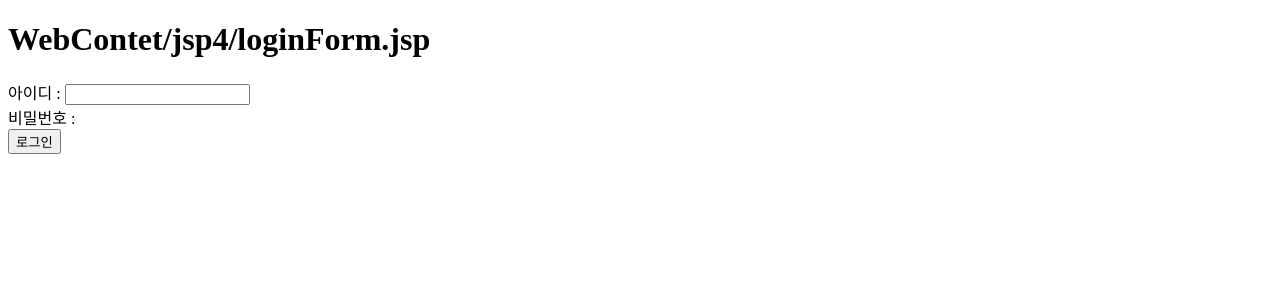
Repository: ReadStar/workspace_jsp
Page: http://localhost/StudyJSP/jsp4/loginForm.jsp
An editor plug-in stored every save of this project. The page is shown before and after the next save, followed by the edit.
The browser window is 1280 px wide. The pictures show the whole page.
The page is served by Tomcat 9. Other server files are loaded and not shown.

Above is the page before, as saved 2020-08-25 07:00:49.

### StudyJSP/WebContent/jsp4/loginForm.jsp
<%@ page language="java" contentType="text/html; charset=UTF-8"
    pageEncoding="UTF-8"%>
<!DOCTYPE html>
<html>
<head>
<meta charset="UTF-8">
<title>Insert title here</title>
</head>
<body>
<h1>WebContet/jsp4/loginForm.jsp</h1>
<form action="loginPro.jsp" method="post">
아이디 : <input type="text" name="id"><br>
비밀번호 : <inpuy type="text" name="pass"><br>
<input type="submit" value="로그인">
</form>
</body>
</html>

After the next save:
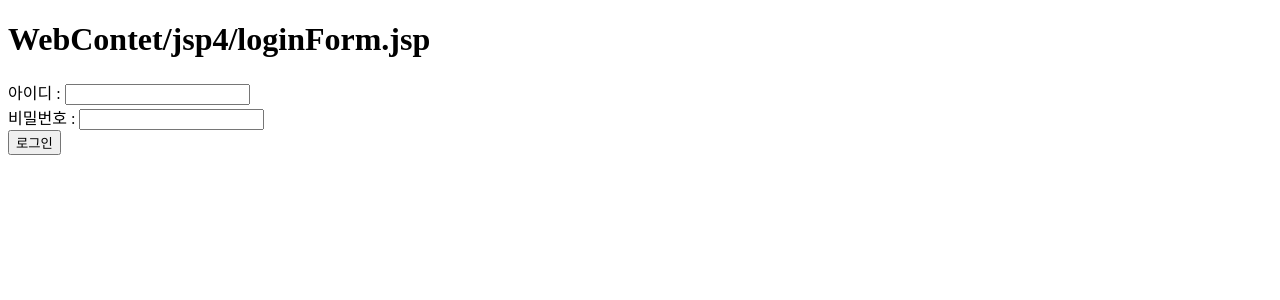
Saved 5 s later.
--- a/StudyJSP/WebContent/jsp4/loginForm.jsp
+++ b/StudyJSP/WebContent/jsp4/loginForm.jsp
@@ -10,7 +10,7 @@
 <h1>WebContet/jsp4/loginForm.jsp</h1>
 <form action="loginPro.jsp" method="post">
 아이디 : <input type="text" name="id"><br>
-비밀번호 : <inpuy type="text" name="pass"><br>
+비밀번호 : <input type="text" name="pass"><br>
 <input type="submit" value="로그인">
 </form>
 </body>
